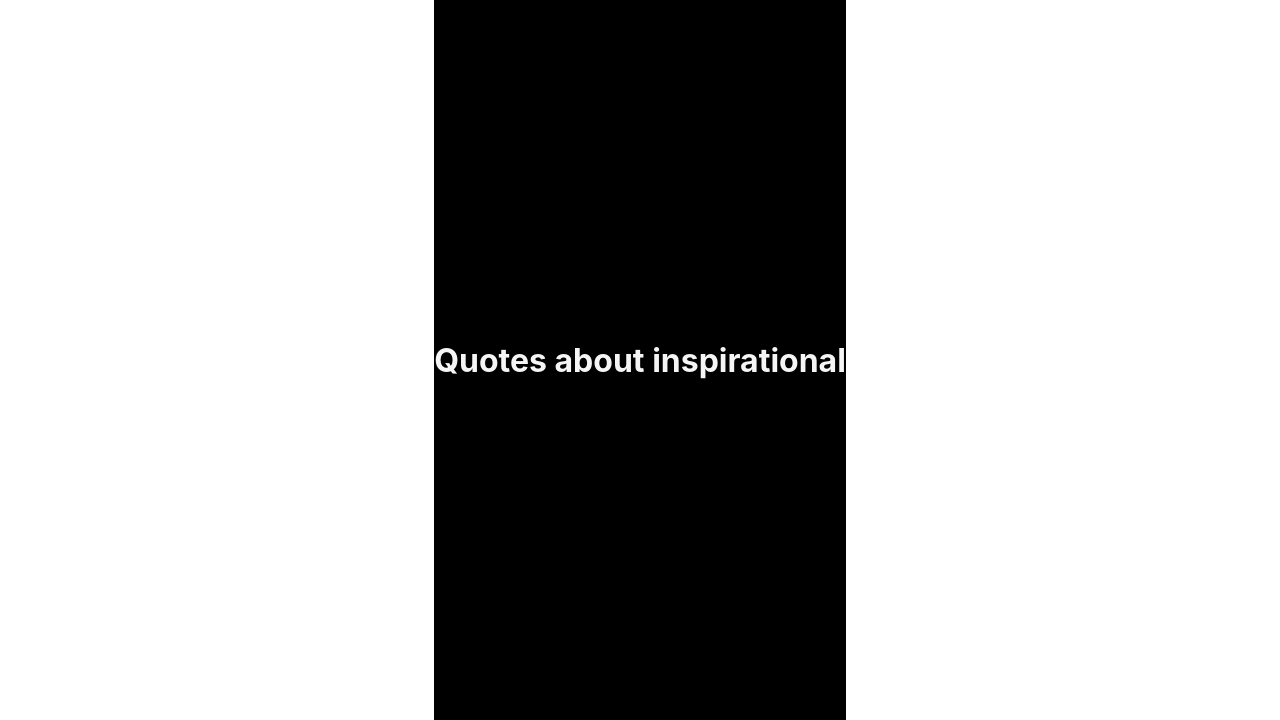
Repository: Bhavik-Sanghar/Quote-app
Page: /
An editor plug-in stored every save of this project. The page is shown before and after the next save, followed by the edit.
The browser window is 1280 px wide. The pictures show the whole page.
The page's requests for data from a server got no answer. The project was rebuilt for these pictures with package versions that can differ from the ones it lists, and the page was loaded fresh each time. No one was signed in, and anything a server would have sent is missing. Also part of the build but not shown: src/styles.css.

Above is the page before, as saved 2023-08-18 14:44:04.

### src/App.js
import React from 'react';
import './styles.css';
import QuoteComponent from './components/NewQuote'

function App() {
  return (
    <div className="App">

      <QuoteComponent/>


    </div>
  );
}

export default App;

### src/components/NewQuote.js
import React, { useEffect, useState } from "react";
import axios from "axios";
import './New.css'

const QuoteComponent = () => {
  const [quotes, setQuotes] = useState([]);
  const category = "inspirational";
  const apiKey = "EgtS4gqLsbjvHM2bBjKwBA==PYmsGLFQFXQzq0Na";

  useEffect(() => {
    fetchQuotes();
  }, []);

  const fetchQuotes = async () => {
    try {
      const response = await axios.get(
        `https://api.api-ninjas.com/v1/quotes?category=${category}&limit=`, // Fetching 5 quotes
        {
          headers: { "X-Api-Key": apiKey },
        }
      );
      console.log(response)
      setQuotes(response.data);
    } catch (error) {
      console.error("Error: ", error);
    }
  };

  return (
    <div className="quote-container">
      <div className="card-container">
      <h1>Quotes about {category}</h1>
        {quotes.map((quote, index) => (
          <div key={index} className="card">
            <p className="quote-text">{quote.quote}</p>
            <p className="author">- {quote.author}</p>
          </div>
        ))}
      </div>
    </div>
  );
};

export default QuoteComponent;

### src/components/New.css
.card-container {
  background-color: black;
  color: whitesmoke;
  display: flex; /* Use flexbox */
  justify-content: center; /* Center horizontally */
  flex-direction: column;
  align-items: center; /* Center vertically */
  min-height: 100vh; /* Ensure container takes at least full viewport height */
}

.card {
  width: 640px;
  height: 800px;
  display: block;
  margin-left: auto;
  margin-right: auto;
  text-align: center;
}

.quote-container{
  display: flex;
  align-items : center;
  justify-content: center;
  transform: (50% , 50%);
}

.author {
  font: normal 1.2em "Josefin Sans", sans-serif;
  text-decoration: none;
  color: #000;
  border-top: solid 5px #fff;
  color: #fff;
}

Loaded but not shown: public/index.html (common file); src/index.js (common file); src/index.css (common file); src/reportWebVitals.js (common file)

After the next save:
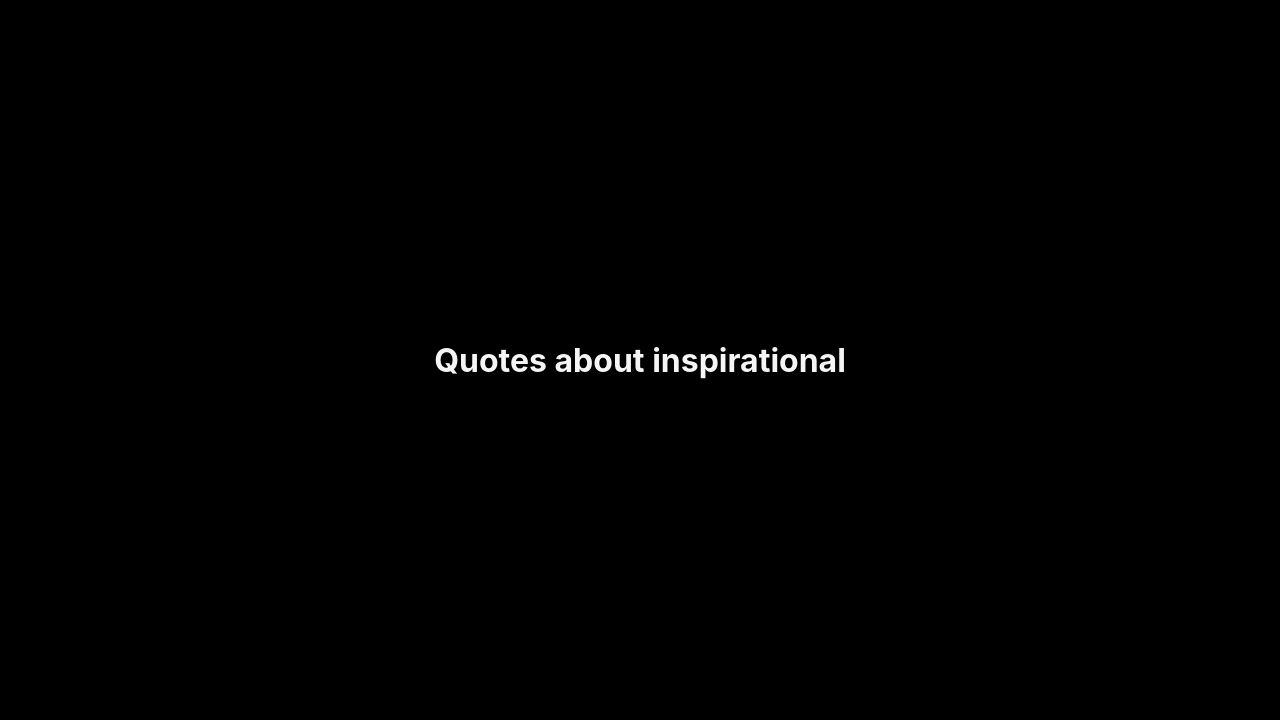
Saved 12 s later.
--- a/src/components/New.css
+++ b/src/components/New.css
@@ -17,12 +17,6 @@
   text-align: center;
 }
 
-.quote-container{
-  display: flex;
-  align-items : center;
-  justify-content: center;
-  transform: (50% , 50%);
-}
 
 .author {
   font: normal 1.2em "Josefin Sans", sans-serif;
